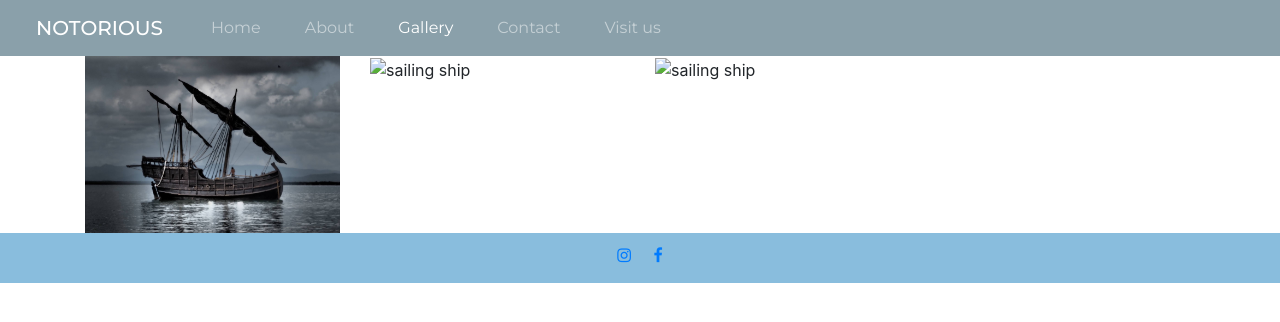
Repository: TSRose/NotorioustheShip
Page: gallery.html
The author's editor kept a record of every edit. The page is drawn from the files as they stood at one moment, then again after the next edit.
The browser window is 1280 px wide. The pictures show the whole page.
Some web libraries are served in a nearby version.

Above is the page before.
Not found: images/onthewater3.jpg
Not found: images/onthewater4.jpg

After the next edit:
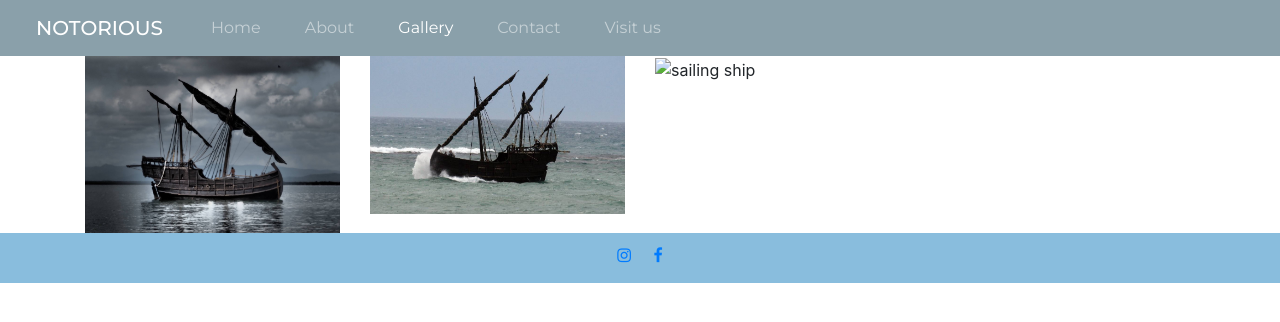
The edit:
--- a/gallery.html
+++ b/gallery.html
@@ -36,7 +36,7 @@
                 <img src="assets/images/onthewater2.jpg" class="zoom img-fluid " alt="sailing ship">
             </div>
             <div class="col-lg-3 col-md-4 col-xs-6 thumb">
-                <img src="images/onthewater3.jpg" class="zoom img-fluid " alt="sailing ship">
+                <img src="assets/images/onthewater3.jpg" class="zoom img-fluid " alt="sailing ship">
             </div><div class="col-lg-3 col-md-4 col-xs-6 thumb">
                 <img src="images/onthewater4.jpg" class="zoom img-fluid " alt="sailing ship">
             </div>
